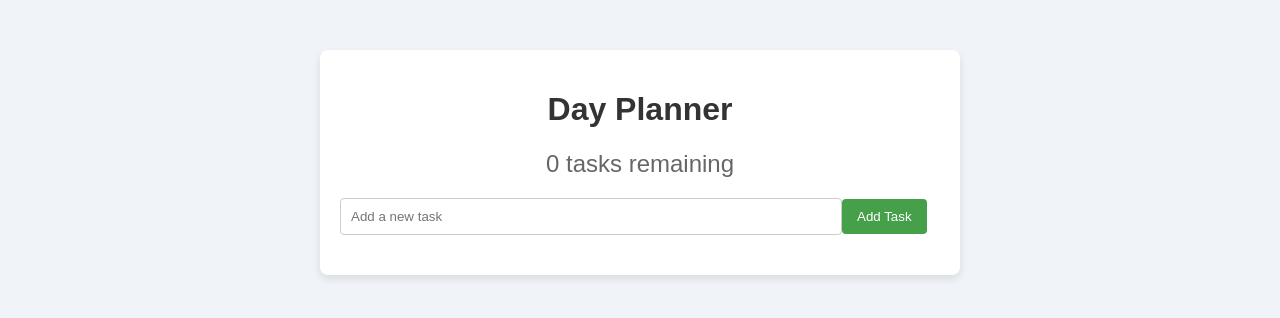
Repository: madelinestruthers/shema-lab04
Page: /
These files come from the project's save history. The page is drawn as it stood at one moment and after the next save; the edit follows.
The browser window is 1280 px wide. The pictures show the whole page.
The pointer rests on the first visible `button`.
The project was rebuilt for these pictures with package versions that can differ from the ones it lists, and the page was loaded fresh each time. Also part of the build but not shown: src/components/Task.jsx.

Above is the page before, as saved 2024-10-20 19:56:46.

### src/index.css
/* src/index.css */
body {
  font-family: Arial, sans-serif;
  background-color: #f0f4f8;
  margin: 0;
  padding: 0;
}

.app-container {
  width: 80%;
  max-width: 600px;
  margin: 50px auto;
  background-color: #fff;
  padding: 20px;
  border-radius: 8px;
  box-shadow: 0 4px 8px rgba(0, 0, 0, 0.1);
}

h1 {
  text-align: center;
  color: #333;
}

h2 {
  text-align: center;
  color: #666;
  font-weight: normal;
}

.task-list {
  margin-top: 20px;
}

.task-item {
  display: flex;
  justify-content: space-between;
  align-items: center;
  background-color: #f9f9f9;
  padding: 10px;
  border-radius: 4px;
  margin-bottom: 10px;
  border: 1px solid #e0e0e0;
}

.task-item.completed {
  background-color: #d1f7c4;
  text-decoration: line-through;
}

.task-item button {
  background-color: #ff4d4d;
  color: white;
  border: none;
  padding: 5px 10px;
  border-radius: 4px;
  cursor: pointer;
}

.task-item button:hover {
  background-color: #ff3333;
}

input[type="text"] {
  width: 80%;
  padding: 10px;
  border: 1px solid #ccc;
  border-radius: 4px;
}

button {
  background-color: #4caf50;
  color: white;
  border: none;
  padding: 10px 15px;
  border-radius: 4px;
  cursor: pointer;
}

button:hover {
  background-color: #45a049;
}

### src/App.jsx
// src/App.jsx
import React, { useState } from 'react';
import Task from './components/Task.jsx';
import TaskForm from './components/TaskForm.jsx';

function App() {
  const [tasks, setTasks] = useState([]);

  const addTask = (taskText) => {
    const newTask = {
      id: Date.now(),
      text: taskText,
      completed: false,
    };
    setTasks([...tasks, newTask]);
  };

  const toggleComplete = (taskId) => {
    setTasks(tasks.map((task) =>
      task.id === taskId ? { ...task, completed: !task.completed } : task
    ));
  };

  const deleteTask = (taskId) => {
    setTasks(tasks.filter((task) => task.id !== taskId));
  };

  const remainingTasks = tasks.filter((task) => !task.completed).length;

  return (
    <div className="app-container">
      <h1>Day Planner</h1>
      <h2>{remainingTasks} tasks remaining</h2>

      <TaskForm addTask={addTask} />

      <div className="task-list">
        {tasks.map((task) => (
          <Task
            key={task.id}
            task={task}
            toggleComplete={toggleComplete}
            deleteTask={deleteTask}
          />
        ))}
      </div>
    </div>
  );
}

export default App;

### src/components/TaskForm.jsx
// src/components/TaskForm.js
import React, { useState } from 'react';

const TaskForm = ({ addTask }) => {
  const [taskText, setTaskText] = useState('');

  const handleSubmit = (e) => {
    e.preventDefault();
    if (!taskText.trim()) return;
    addTask(taskText);
    setTaskText(''); // Clear input after submitting
  };

  return (
    <form onSubmit={handleSubmit}>
      <input
        type="text"
        value={taskText}
        onChange={(e) => setTaskText(e.target.value)}
        placeholder="Add a new task"
      />
      <button type="submit">Add Task</button>
    </form>
  );
};

export default TaskForm;

Loaded but not shown: public/index.html (common file); src/index.js (common file); public/manifest.json (common file)

After the next save:
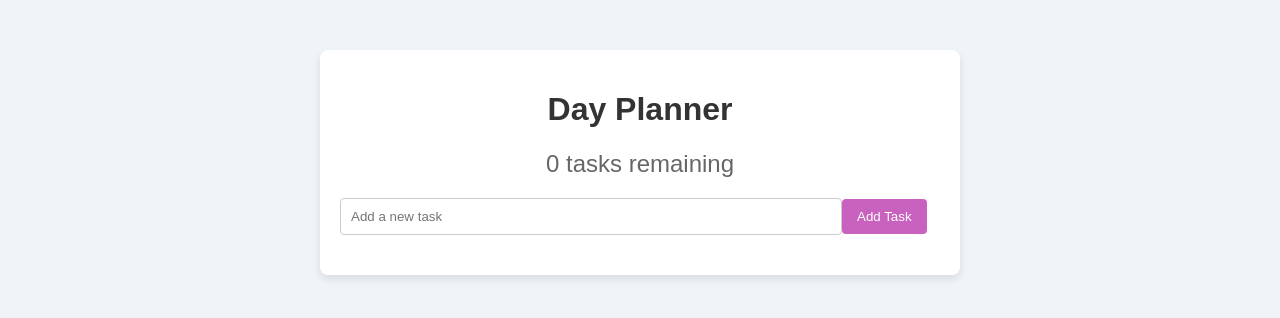
Saved 37 s later.
--- a/src/index.css
+++ b/src/index.css
@@ -77,5 +77,5 @@ button {
 }
 
 button:hover {
-  background-color: #45a049;
+  background-color: #c961be;
 }
